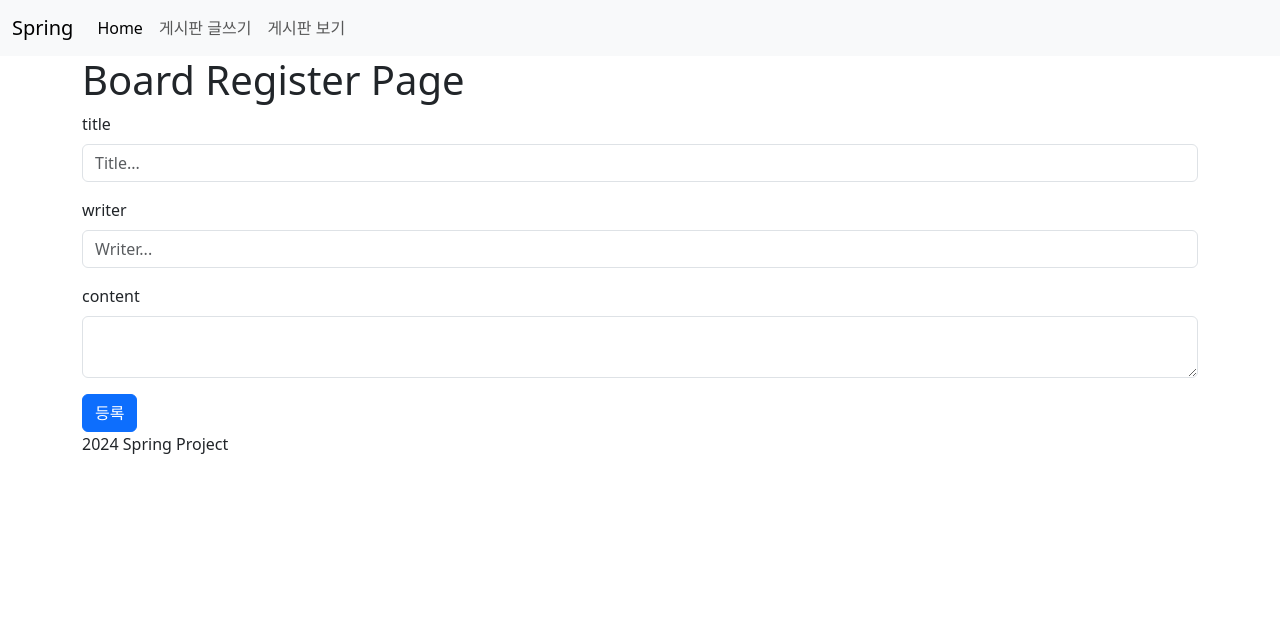
Repository: havanara/240423_SPRING_Project
Page: http://localhost/spring_test2/WEB-INF/views/board/register.jsp
The author's editor kept a copy of each file at every save. The page is drawn from the files as they stood at one save, then again after the next save.
The browser window is 1280 px wide. The pictures show the whole page.
The page is served by Tomcat 9. Nobody is signed in. Other server files are loaded and not shown. The template is opened directly, without the code that normally fills it, so the values that code supplies are empty.

Above is the page before, as saved 2024-05-03 05:58:22.

### spring_test2/src/main/webapp/WEB-INF/views/board/register.jsp
<%@ page language="java" contentType="text/html; charset=UTF-8"
    pageEncoding="UTF-8"%>

<jsp:include page="../layout/header.jsp" />


<div class="container-md">
<h1>Board Register Page</h1>
	<form action="/board/insert" method="post">
		<div class="mb-3">
		  <label for="t" class="form-label">title</label>
		  <input type="text" class="form-control" name="title" id="t" placeholder="Title...">
		</div>
		<div class="mb-3">
		  <label for="w" class="form-label">writer</label>
		  <input type="text" class="form-control" name="writer" id="w" placeholder="Writer...">
		</div>
		<div class="mb-3">
		  <label for="c" class="form-label">content</label>
		  <textarea class="form-control" name="content" id="c" aria-label="With textarea"></textarea>
		</div>

		<!-- 파일 입력 라인 추가 -->
<!-- 		<div class="mb-3">
		  <label for="file" class="form-label">files...</label>
		  multiple -> input 한개에 여러개의 값을 넣을 수 있음
		  <input type="file" class="form-control" name="files" id="file" multiple="multiple" style="display: none"><br>
		  <button type="button" class="btn btn-outline-success" id="trigger">FileUpload...</button>
		</div> -->
<!--
		파일 목록 표시라인
		<div class="mb-3" id="fileZone"></div> -->

		<button type="submit" class="btn btn-primary" id="regBtn">등록</button>
	</form>
</div>

<!-- <script type="text/javascript" src="/resources/js/boardRegister.js">

</script> -->

<jsp:include page="../layout/footer.jsp" />

</html>

### spring_test2/src/main/webapp/WEB-INF/views/layout/header.jsp
<%@ page language="java" contentType="text/html; charset=UTF-8"
    pageEncoding="UTF-8"%>
    <%@ taglib uri="http://java.sun.com/jsp/jstl/core" prefix="c" %>
<!DOCTYPE html>
<html>
<head>
<meta charset="UTF-8">
<title>header.jsp</title>
<link href="/re/css/bootstrap.min.css" rel="stylesheet" integrity="sha384-QWTKZyjpPEjISv5WaRU9OFeRpok6YctnYmDr5pNlyT2bRjXh0JMhjY6hW+ALEwIH" crossorigin="anonymous">
<script src="/re/js/bootstrap.bundle.min.js" integrity="sha384-YvpcrYf0tY3lHB60NNkmXc5s9fDVZLESaAA55NDzOxhy9GkcIdslK1eN7N6jIeHz" crossorigin="anonymous"></script>
</head>
<body>
<nav class="navbar navbar-expand-lg bg-body-tertiary">
  <div class="container-fluid">
    <a class="navbar-brand" href="#">Spring</a>
    <button class="navbar-toggler" type="button" data-bs-toggle="collapse" data-bs-target="#navbarSupportedContent" aria-controls="navbarSupportedContent" aria-expanded="false" aria-label="Toggle navigation">
      <span class="navbar-toggler-icon"></span>
    </button>
    <div class="collapse navbar-collapse" id="navbarSupportedContent">
      <ul class="navbar-nav me-auto mb-2 mb-lg-0">
        <li class="nav-item">
          <a class="nav-link active" aria-current="page" href="/">Home</a>
        </li>
        <li class="nav-item">
          <a class="nav-link" href="/board/register">게시판 글쓰기</a>
        </li>
        <li class="nav-item">
          <a class="nav-link" href="/board/list">게시판 보기</a>
        </li>
<%--         <li class="nav-item">
          <a class="nav-link" href="/member/register">회원가입</a>
        </li>

        <c:if test="${ses.id eq null }">
        <li class="nav-item">
          <a class="nav-link" href="/member/login">로그인</a>
        </li>
        </c:if>

        <c:if test="${ses.id ne null }">
        <li class="nav-item">
          <a class="nav-link" href="/member/logout">로그아웃</a>
        </li>

        <li class="nav-item">
          <a class="nav-link" href="/member/modify">${ses.id }(${ses.email })님 환영합니다!</a>
        </li>
        </c:if> --%>

      </ul>
    </div>
  </div>
</nav>

### spring_test2/src/main/webapp/WEB-INF/views/layout/footer.jsp
<%@ page language="java" contentType="text/html; charset=UTF-8"
    pageEncoding="UTF-8"%>
<!DOCTYPE html>

<div class="container-md">
	2024 Spring Project
</div>

</body>
</html>

Loaded but not shown: spring_test2/src/main/webapp/resources/css/bootstrap.min.css (library); spring_test2/src/main/webapp/resources/js/bootstrap.bundle.min.js (library)

After the next save:
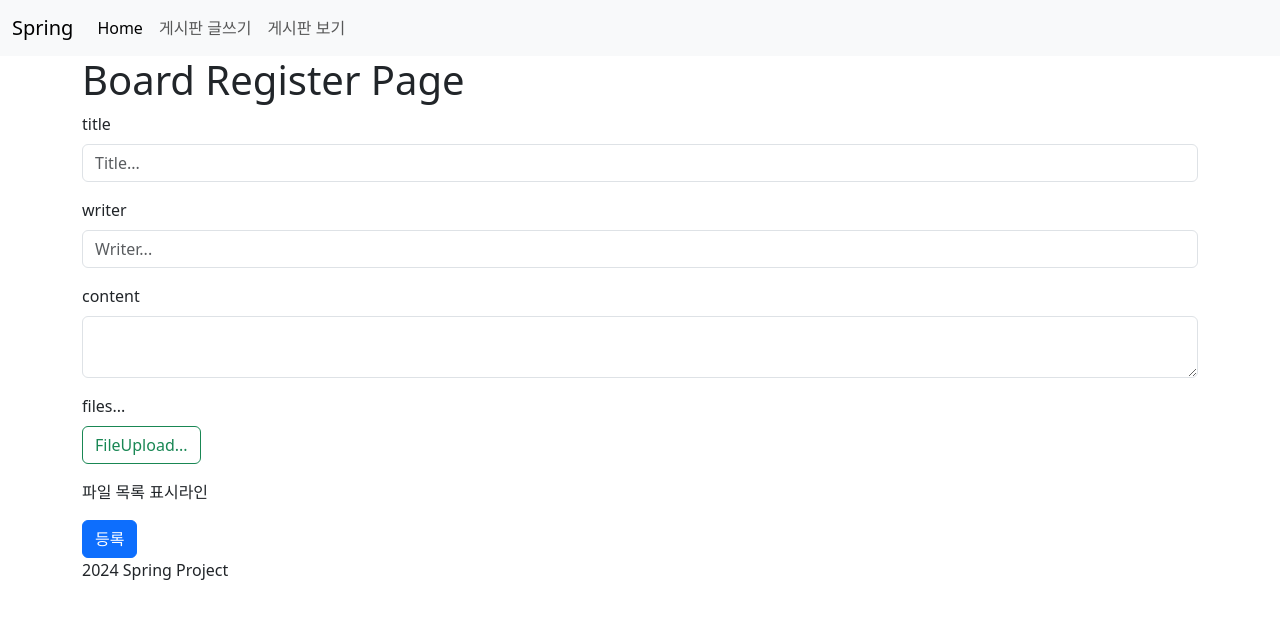
Saved 39 min 11 s later.
--- a/spring_test2/src/main/webapp/WEB-INF/views/board/register.jsp
+++ b/spring_test2/src/main/webapp/WEB-INF/views/board/register.jsp
@@ -21,15 +21,15 @@
 		</div>
 
 		<!-- 파일 입력 라인 추가 -->
-<!-- 		<div class="mb-3">
+ 		<div class="mb-3">
 		  <label for="file" class="form-label">files...</label>
-		  multiple -> input 한개에 여러개의 값을 넣을 수 있음
+		  <!-- multiple -> input 한개에 여러개의 값을 넣을 수 있음 -->
 		  <input type="file" class="form-control" name="files" id="file" multiple="multiple" style="display: none"><br>
 		  <button type="button" class="btn btn-outline-success" id="trigger">FileUpload...</button>
-		</div> -->
-<!--
+		</div>
+
 		파일 목록 표시라인
-		<div class="mb-3" id="fileZone"></div> -->
+		<div class="mb-3" id="fileZone"></div>
 
 		<button type="submit" class="btn btn-primary" id="regBtn">등록</button>
 	</form>
